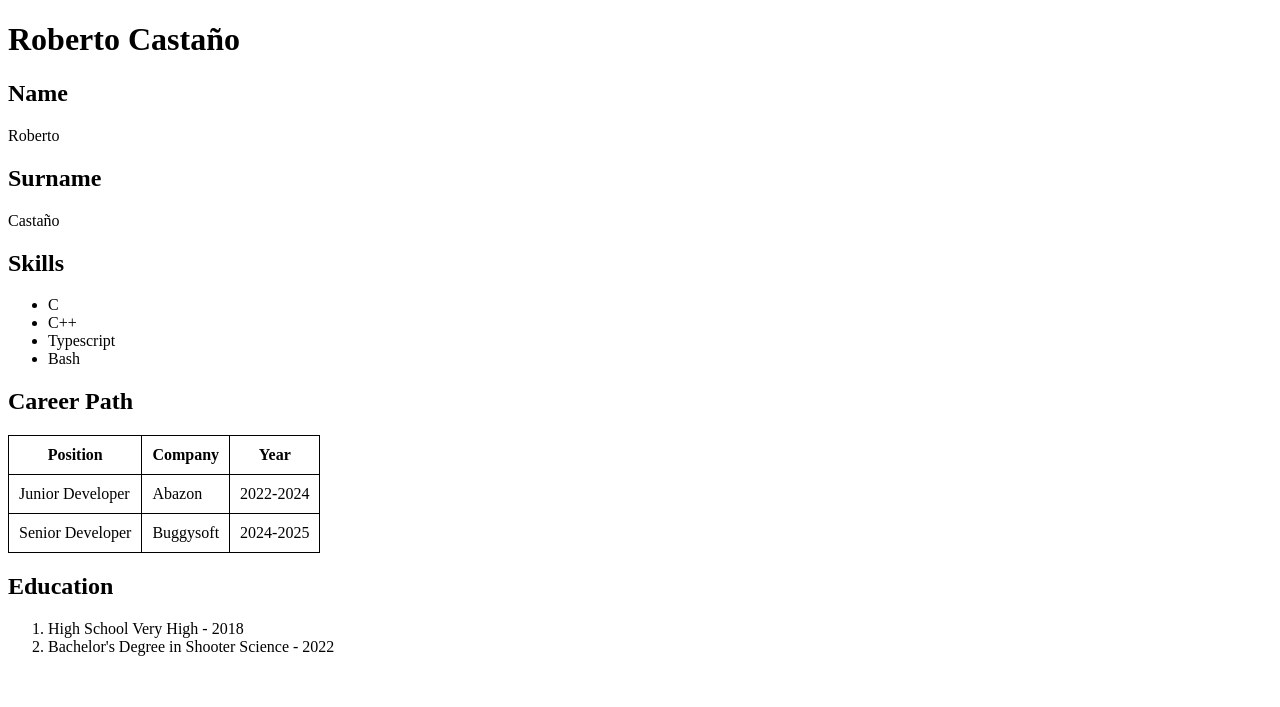
Repository: cronopi/django
Page: Training-Python-Django-0 1/ex01/cv.html
The author's editor kept a copy of each file at every save. The page is drawn from the files as they stood at one save, then again after the next save.
The browser window is 1280 px wide. The pictures show the whole page.

Above is the page before, as saved 2026-03-10 12:35:13.

After the next save:
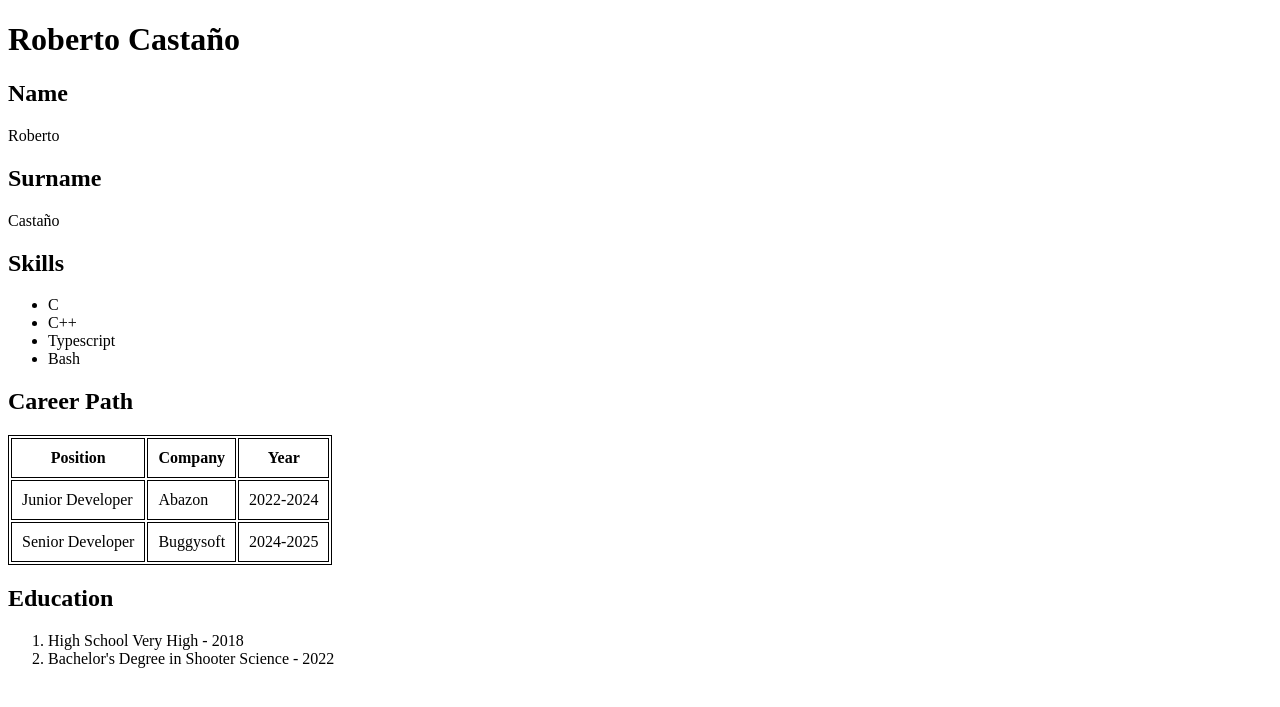
Saved 35 s later.
--- a/Training-Python-Django-0 1/ex01/cv.html
+++ b/Training-Python-Django-0 1/ex01/cv.html
@@ -5,10 +5,11 @@
 	<title>Resume - Roberto Castaño</title>
 	<style>
 		table {
-			border-collapse: collapse;
 			border: 1px solid black;
 		}
-		table th, table td {
+
+		table th,
+		table td {
 			border: 1px solid black;
 			padding: 10px;
 		}
